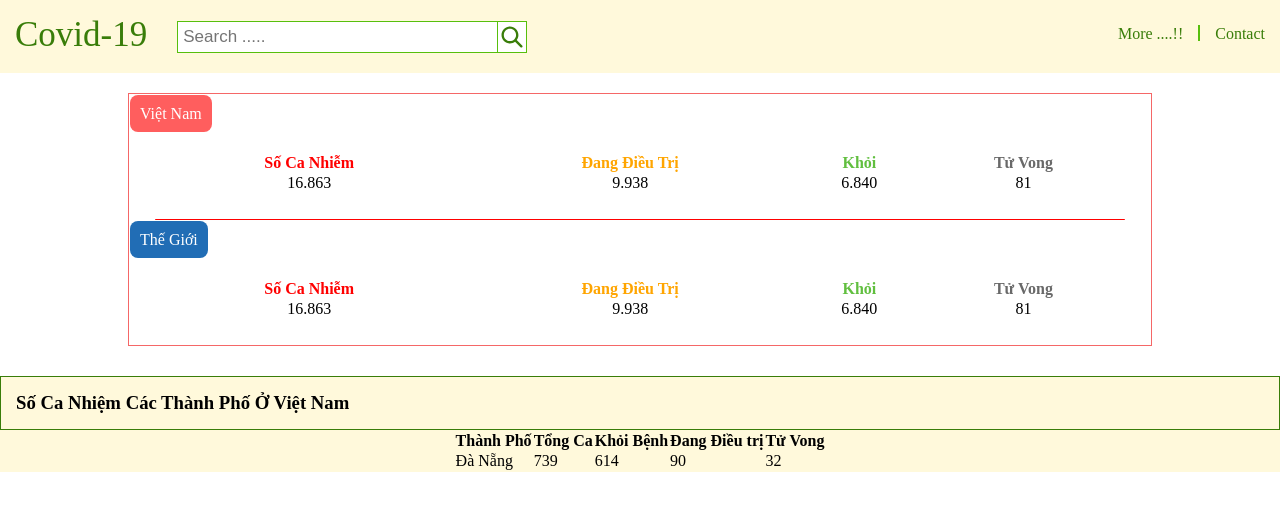
Repository: thuongton98/Covid
Page: html-css-js/index.html
An editor plug-in stored every save of this project. The page is shown before and after the next save, followed by the edit.
The browser window is 1280 px wide. The pictures show the whole page.

Above is the page before, as saved 2021-07-01 10:12:14.

### html-css-js/index.html
<!DOCTYPE html>
<html lang="en">
<head>
    <meta charset="UTF-8">
    <meta http-equiv="X-UA-Compatible" content="IE=edge">
    <meta name="viewport" content="width=device-width, initial-scale=1.0">

    <link rel="stylesheet" href="./styles.css">
    <title>Covid-19</title>
</head>
<body>
    <nav>
        <div class="icon">
            <div class="icon-i">Covid-19</div>
            <div class="icon-search">
                <input type="text" placeholder="Search .....">
                <svg fill="#000000" xmlns="http://www.w3.org/2000/svg"  viewBox="0 0 48 48" width="48px" height="48px"><path d="M 20.5 6 C 12.515556 6 6 12.515562 6 20.5 C 6 28.484438 12.515556 35 20.5 35 C 23.773158 35 26.788919 33.893018 29.220703 32.050781 L 38.585938 41.414062 A 2.0002 2.0002 0 1 0 41.414062 38.585938 L 32.050781 29.220703 C 33.893017 26.788918 35 23.773156 35 20.5 C 35 12.515562 28.484444 6 20.5 6 z M 20.5 10 C 26.322685 10 31 14.677319 31 20.5 C 31 23.295711 29.914065 25.820601 28.148438 27.697266 A 2.0002 2.0002 0 0 0 27.701172 28.144531 C 25.824103 29.912403 23.29771 31 20.5 31 C 14.677315 31 10 26.322681 10 20.5 C 10 14.677319 14.677315 10 20.5 10 z"/></svg>
            </div>

        </div>
        <ul class="nav-i">
            <li>More ....!!</li>
            <li>Contact</li>
        </ul>
    </nav>
    <section class="case">
        <div>
            <span>Việt Nam</span>
            <table>

                <tr>
                    <th>Số Ca Nhiễm</th>
                    <th>Đang Điều Trị</th>
                    <th>Khỏi</th>
                    <th>Tử Vong</th>
                </tr>
                <tr>
                    <td>16.863</td>
                    <td>9.938</td>
                    <td>6.840</td>
                    <td>81</td>
                </tr>

            </table>
           <div class="line"></div>
            <span class="word">Thế Giới</span>
            <table>
                <tr>
                    <th>Số Ca Nhiễm</th>
                    <th>Đang Điều Trị</th>
                    <th>Khỏi</th>
                    <th>Tử Vong</th>
                </tr>
                <tr>
                    <td>16.863</td>
                    <td>9.938</td>
                    <td>6.840</td>
                    <td>81</td>
                </tr>
            </table>
            </table>
        </div>
    </section>
    <section class="all-case">
        <h3>Số Ca Nhiệm Các Thành Phố Ở Việt Nam</h3>
        <div>
            <table>
                <tr>
                    <th>Thành Phố</th>
                    <th>Tổng Ca</th>
                    <th>Khỏi Bệnh</th>
                    <th>Đang Điều trị</th>
                    <th>Tử Vong</th>
                </tr>
                <tr>
                    <td>Đà Nẵng</td>
                    <td>739</td>
                    <td>614</td>
                    <td>90</td>
                    <td>32</td>
                </tr>
            </table>
        </div>
    </section>
</body>
</html>

### html-css-js/styles.css

*{
    padding: 0;
    margin: 0;
    box-sizing: border-box;
}



nav{
    background-color: #fff9db;
    display: flex;
    justify-content: space-between;
    padding:15px
}


nav .icon{
    display: flex;
}

nav .nav-i{
    display: flex;
}

nav .nav-i li{
    list-style: none;
    padding-right: 15px;
    padding-top:10px;
    color:#397d09;
    cursor: pointer;

}

nav .nav-i li:hover{
    color:#57bf0d;
}

nav .nav-i li:last-child{
    padding-right:0;
}

nav .nav-i li:after{
    content: '';
    border: 1px solid #57bf0d;
    margin-left:15px;
    font-size: 12px;
    position: relative;
    top:-2px;
}

nav .nav-i li:last-child::after{
    display: none;
}

nav .icon .icon-i{
    font-size: 35px;
    color: #397d09;
    cursor: pointer;
}

nav .icon .icon-search{
    margin-left:30px;
    position: relative;
   top:-5px;
}


nav .icon .icon-search input{
   padding: 5px;
   width: 350px;
   outline: none;
   border: none;
   font-size: 17px;
   border:1px solid #57bf0d;


}

nav .icon .icon-search svg{
    fill: #397d09;
    cursor: pointer;
    width: 30px;
    height: 32px;
    position: relative;
    border: 1px solid #57bf0d;
    position: relative;
    left: -34px;
    top:11px;
}

nav .icon .icon-search svg:hover{

    fill:#57bf0d
}

.case{
    padding-left: 10%;
    padding-right: 10%;
    padding-top:20px;
}

.case div{
    border: 1px solid #f56767;

}
.case .line{
    border-top: 1px solid red;
    border-bottom: none;
    width: 95%;
    margin: 0 auto;
}
.case div table{
   padding: 25px;
   padding-top:40px;
    width: 100%;
}

.case div table td{
    text-align: center;
}

.case div table th:nth-child(1){
    color: red;
}

.case div table th:nth-child(2){
    color: orange;
}

.case div table th:nth-child(3){
    color: #61bf3f;
}

.case div table th:nth-child(4){
    color: #696969;
}

.case div span{
    background-color: #ff5e5e;
    padding:10px;
    position: relative;
    top:11px;
    left:1px;
    border-radius: 8px;
    color: #fff;
}

.case div .word{
    background-color: #216db5;

}

.all-case{
    background-color: #fff9db;

}
.all-case h3{
    border:1px solid #397d09;
    margin:0;
    padding:15px;
    margin-top:30px;

}
.all-case table{
    margin: 0 auto;

}

After the next save:
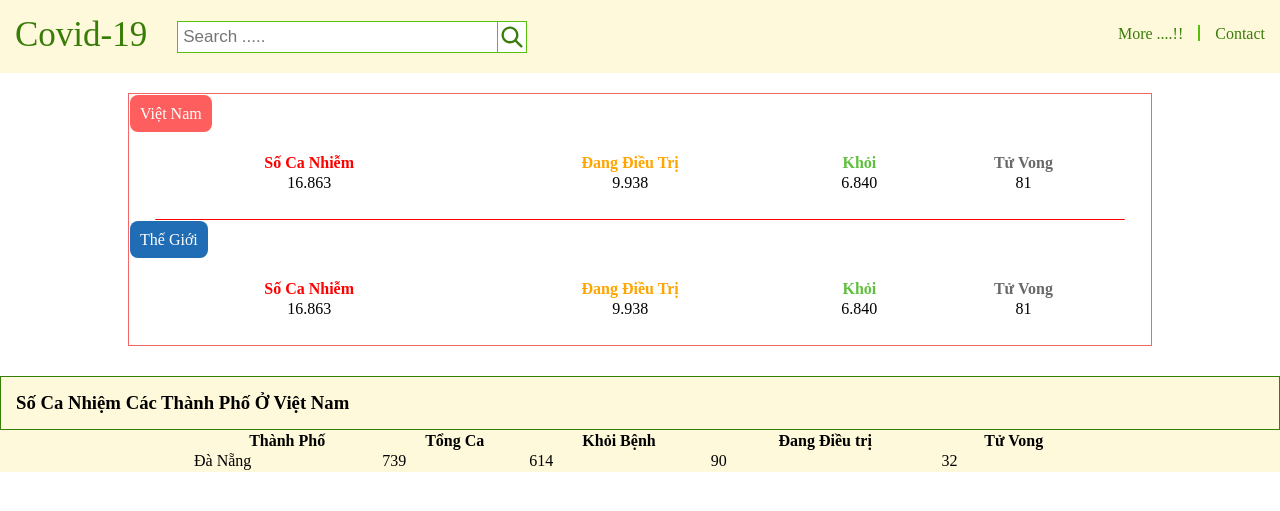
Saved 14 s later.
--- a/html-css-js/styles.css
+++ b/html-css-js/styles.css
@@ -164,5 +164,5 @@ nav .icon .icon-search svg:hover{
 }
 .all-case table{
     margin: 0 auto;
-
+    width: 70%;
 }
